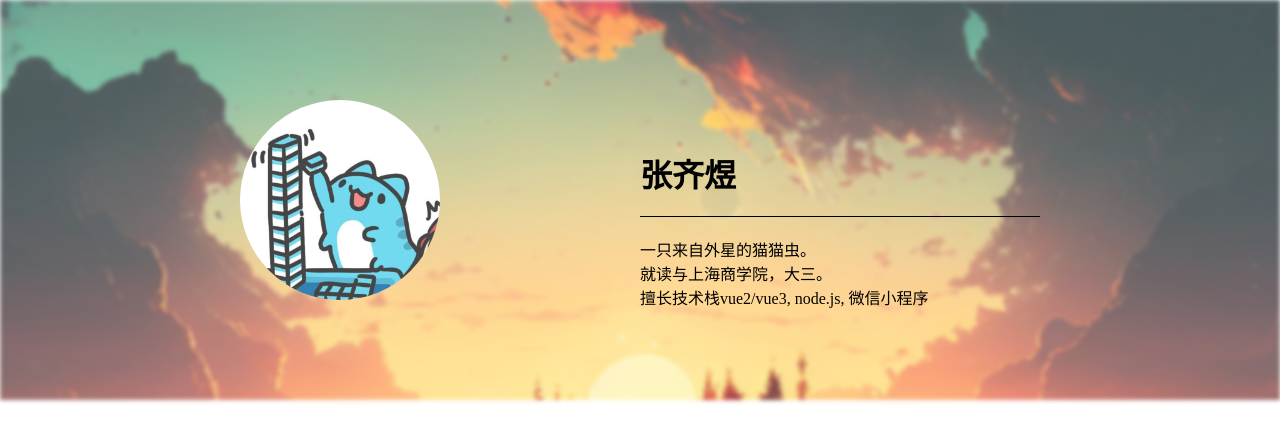
Repository: TheBiggestFatCat/myblog-frontend
Page: /
The author's editor kept a copy of each file at every save. The page is drawn from the files as they stood at one save, then again after the next save.
The browser window is 1280 px wide. The pictures show the whole page.
The project was rebuilt for these pictures with package versions that can differ from the ones it lists, and the page was loaded fresh each time. Also part of the build but not shown: vite.config.ts.

Above is the page before, as saved 2023-02-26 09:28:41.

### src/style.css
* {
  margin: 0;
  padding: 0;
}

/* :root {
  font-family: Inter, system-ui, Avenir, Helvetica, Arial, sans-serif;
  line-height: 1.5;
  font-weight: 400;

  color-scheme: light dark;
  color: rgba(255, 255, 255, 0.87);
  background-color: #242424;

  font-synthesis: none;
  text-rendering: optimizeLegibility;
  -webkit-font-smoothing: antialiased;
  -moz-osx-font-smoothing: grayscale;
  -webkit-text-size-adjust: 100%;
}

a {
  font-weight: 500;
  color: #646cff;
  text-decoration: inherit;
}
a:hover {
  color: #535bf2;
}

body {
  margin: 0;
  display: flex;
  place-items: center;
  min-width: 320px;
  min-height: 100vh;
}

h1 {
  font-size: 3.2em;
  line-height: 1.1;
}

button {
  border-radius: 8px;
  border: 1px solid transparent;
  padding: 0.6em 1.2em;
  font-size: 1em;
  font-weight: 500;
  font-family: inherit;
  background-color: #1a1a1a;
  cursor: pointer;
  transition: border-color 0.25s;
}
button:hover {
  border-color: #646cff;
}
button:focus,
button:focus-visible {
  outline: 4px auto -webkit-focus-ring-color;
}

.card {
  padding: 2em;
}

#app {
  max-width: 1280px;
  margin: 0 auto;
  padding: 2rem;
  text-align: center;
}

@media (prefers-color-scheme: light) {
  :root {
    color: #213547;
    background-color: #ffffff;
  }
  a:hover {
    color: #747bff;
  }
  button {
    background-color: #f9f9f9;
  }
} */

### src/App.vue
<script setup lang="ts">
import Home from './components/Home/Home.vue';
</script>

<template>
  <Home/>
</template>

<style scoped>
</style>

### src/components/Home/Home.vue
<template>
  <div class="home">
    <div class="home-top">
      <div class="avatar">
        <img :src="avatar" alt="Image">
      </div>
      <div class="avatar-right">
        <h2>{{ name }}</h2>
        <div class="border"></div>
        <p v-for="i in introduction" :key="i">{{ i }}</p>
      </div>
    </div>
  </div>
</template>

<script lang='ts' setup>
import { ref } from 'vue'

const avatar = ref('src/assets/pics/avatar.jpg')
const name = '张齐煜'
const introduction = [
  '一只来自外星的猫猫虫。',
  '就读与上海商学院，大三。',
  '擅长技术栈vue2/vue3, node.js, 微信小程序'
]

</script>

<style lang="less" scoped>
.home-top {
  width: 100vwpx;
  height: 400px;
  align-items: center;
  display: flex;
  flex-flow: row nowrap;
  justify-content: center;
  .avatar {
    width: 300px;
    height: 200px;
    padding-right: 100px;
    img {
      width: 200px;
      height: 200px;
      border-radius: 50%;
    }
  }
  .avatar-right {
    width: 400px;
    height: 100px;
    color: #000;
    h2 {
      font-size: 32px;
    }
    .border {
      margin: 20px 0 20px 0;
      width: 100%;
      border-top: 1px solid #000;
    }
  }
}

.home-top::before {
  content: "";
  position: absolute;
  top: 0;
  left: 0;
  width: 100vw;
  height: 400px;
  // width: 100%;
  // height: 100%;
  background-image: url(@/assets/pics/home1.jpg);
  background-position: 0 -100px;
  background-size: cover;
  filter: blur(2px); /* 设置模糊半径 */
  opacity: 0.85; /* 设置不透明度 */
  z-index: -1; /* 将遮罩层放在最底层 */
}
</style>

Loaded but not shown: index.html (common file); src/main.ts (common file)

After the next save:
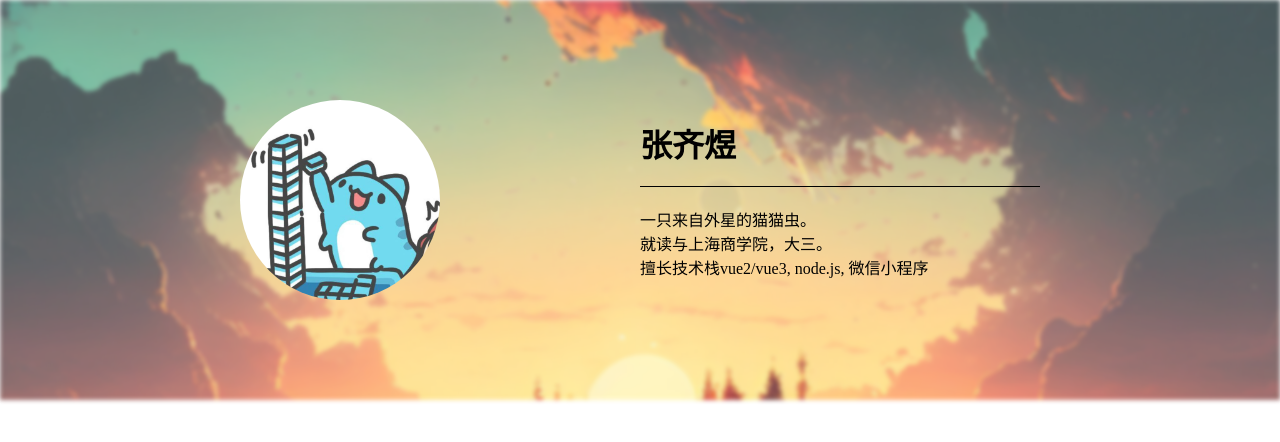
Saved 4 s later.
--- a/src/components/Home/Home.vue
+++ b/src/components/Home/Home.vue
@@ -46,7 +46,7 @@ const introduction = [
   }
   .avatar-right {
     width: 400px;
-    height: 100px;
+    height: 160px;
     color: #000;
     h2 {
       font-size: 32px;
